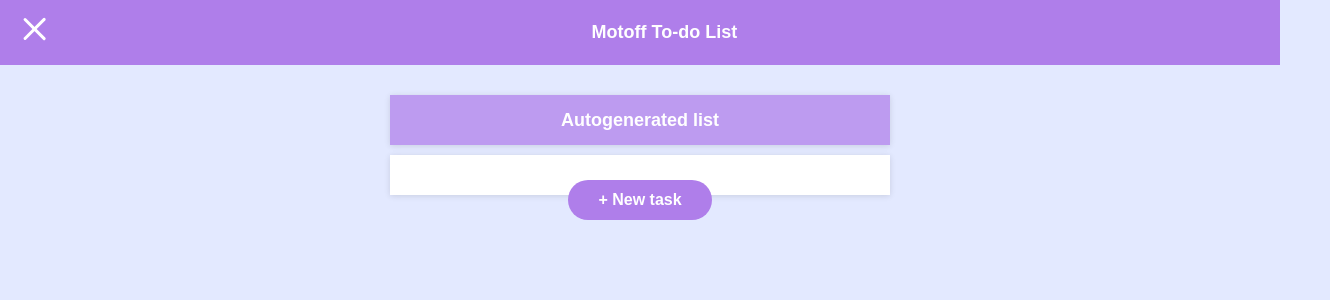
Repository: Amad-Mlinka/Todo-List-Vanilla-JS
Page: index.html
An editor plug-in stored every save of this project. The page is shown before and after the next save, followed by the edit.
The browser window is 1280 px wide. The page is 1280 px wide, then 1330 px, so the pictures cover 1330 px, including what lies to the right of the window. The pictures show the whole page.
Empty fields were first filled with sample values (such as "Sample", 5 or name@example.com).
After loading, the first visible `#hamburger` was clicked once.
The page's requests for data from a server got no answer.

Above is the page before, as saved 2021-09-16 16:36:16.

### index.html
<!DOCTYPE html>
<html lang="en">
  <head>
    <meta charset="UTF-8" />
    <meta http-equiv="X-UA-Compatible" content="IE=edge" />
    <meta name="viewport" content="width=device-width, initial-scale=1.0" />
    <title>ToDo list</title>
    <link rel="stylesheet" href="/styles/style.css" />
    <link rel="stylesheet" href="/styles/hamburger.css" />
    <link rel="stylesheet" href="/styles/header.css" />
    <script
      src="https://code.jquery.com/jquery-3.6.0.slim.min.js"
      integrity="sha256-u7e5khyithlIdTpu22PHhENmPcRdFiHRjhAuHcs05RI="
      crossorigin="anonymous"
    ></script>
    <script src="script.js"></script>
  </head>
  <body>
    <div class="headerContainer">
      <div class="header">
        <div class="hamburger" id="hamburger">
          <span></span>
          <span></span>
          <span></span>
        </div>
        <div class="titleContainer">
          <span class="title">Motoff To-do List</span>
        </div>
      </div>

      <div class="sidebar"></div>
    </div>
    <div class="container">
      <div class="listContainer">
        <div class="listItem" id="autogenerated">
          <div class="todoHeader">Autogenerated list</div>
          <div class="todoData">
            <div class="todoDatalist"></div>
            <div class="newTask">
              <input
                type="text"
                name="newTask"
                id="newTask"
                class="newTaskInput"
              />
            </div>
          </div>

          <div class="addBtnContainer">
            <div class="addTaskBtn">+ New task</div>
          </div>
        </div>
      </div>
    </div>
  </body>
</html>

### styles/style.css
* {
  padding: 0;
  margin: 0;
}

body {
  background-color: rgb(227, 233, 255);
}
.container {
  display: flex;
  flex-direction: column;
  width: 100%;
  margin: auto;
  position:absolute;
  left: 0;
  top: 65px;
}
.container.open{
  left: 50px;
}
.listContainer {
  width: 100%;
  display: flex;
  flex-direction: row;
  flex-wrap: wrap;
  justify-content: center;
}
.listItem {
  display: flex;
  flex-direction: column;
  width: 500px;
  margin: 30px;

}
.todoHeader {
  width: 100%;
  padding: 10px 0px;
  display: flex;
  justify-content: center;
  align-items: center;
  height: 30px;
  background: #af7eeab9;
  font-family: sans-serif;
  font-size: 18px;
  font-weight: bolder;
  color: white;
  margin-bottom: 10px;
  box-shadow: 0px 1px 6px 0px rgb(0 0 0 / 12%);
  -webkit-box-shadow: 0px 1px 6px 0px rgb(0 0 0 / 12%);
  -moz-box-shadow: 0px 1px 6px 0px rgb(0 0 0 / 12%);
}
.todoData {
  display: flex;
  flex-direction: column;
  background: #fff;
  padding: 20px;
  box-shadow: 0px 1px 6px 0px rgb(0 0 0 / 12%);
  -webkit-box-shadow: 0px 1px 6px 0px rgb(0 0 0 / 12%);
  -moz-box-shadow: 0px 1px 6px 0px rgb(0 0 0 / 12%);
}
.todoItem {
  display: flex;
  width: 100%;
  justify-content: space-between;
  margin: 10px 0;
}
.checkDescription {
  width: 90%;
  max-width: 90%;
  display: flex;
  align-items: center;
}
.todoCheck {
  margin-right: 20px;
}

.deleteIcon {
  width: 13px;
  color: #b7bac9;
}
.checkCircle {
  width: 9px;
  height: 9px;
  background-color: white;
  border-radius: 50%;
  vertical-align: middle;
  border: 2px solid #b7bac9;
  appearance: none;
  -webkit-appearance: none;
  outline: none;
  cursor: pointer;
}
.checkCircle:checked {
  background-color: #af7eeab9;
}
.todoDescription {
  font-family: sans-serif;
  font-size: 16px;
  font-weight: bolder;
  color: #b7bac9;
  overflow-wrap: anywhere;
  width: 100%;
  border: 0;
}
::placeholder{
  color: #b7bac9;
}

.descriptionMarked{
  text-decoration: line-through;
}

.todoDelete{
  position: relative;
}

.addBtnContainer {
  margin: -15px auto 0px auto;
  height: 30px;
  padding: 5px 30px;
  border-radius: 20px;
  background: #af7eea;
  font-family: sans-serif;
  font-weight: bolder;
  color: #fff;
  display: flex;
  align-items: center;
  cursor: pointer;
  transition: all 0.3s ease-in-out;
}
.addBtnContainer:hover {
  transform: scale(1.1);
  transition: all 0.3s ease-in-out;
}

.newTask{
  width: 80%;
  padding: 0px;
  height: 0px;
  overflow: hidden;
  display: flex;
  justify-content:center;
  margin: auto;
  transition: all 0.3s ease-in-out;

}

.newTask.open{
  width: 80%;
  padding: 10px;
  height: 50px;
  display: flex;
  justify-content:center;
  margin: auto;
  transition: all 0.3s ease-in-out;

}

.newTaskInput{
 height: 30px;
 width: 100%;
 border-radius: 5px;
 border: 1px solid #d7dae4;
 background-color:#f9f9f7;
 padding:  0px 10px;

}
.newTaskInput:focus{
  border: 1px solid #d7dae4;
  background-color:#f9f9f7;
  outline: none !important;
  transform: scale(1.1);
}

.deleteWarning{
  position: absolute;
  width: 100px;
  display: none;
  left: -30px;
  background-color: #fff;
  z-index: 999;
  border-radius: 10px;
  border: 1px solid #d7dae4;
  padding: 5px 10px;
  text-align: center;
  color: #b7bac9;
}
.warningOpen{
  display: block;
}
.deleteWarningDecision{
  display: flex;
  justify-content: space-around;
}
.decision{
  text-decoration: underline;
  cursor: pointer;
}

### styles/hamburger.css

  .hamburger {
    width: 30px;
    height: 25px;
    position: relative;
    -webkit-transform: rotate(0deg);
    -moz-transform: rotate(0deg);
    -o-transform: rotate(0deg);
    transform: rotate(0deg);
    -webkit-transition: 0.5s ease-in-out;
    -moz-transition: 0.5s ease-in-out;
    -o-transition: 0.5s ease-in-out;
    transition: 0.5s ease-in-out;
    cursor: pointer;
    margin: 10px;
  }

  .hamburger span {
    position: absolute;
    height: 3px;
    width: 30px;
    background: white;
    border-radius: 10px;
    opacity: 1;
    left: 0;
    -webkit-transform: rotate(0deg);
    -moz-transform: rotate(0deg);
    -o-transform: rotate(0deg);
    transform: rotate(0deg);
    -webkit-transition: 0.25s ease-in-out;
    -moz-transition: 0.25s ease-in-out;
    -o-transition: 0.25s ease-in-out;
    transition: 0.25s ease-in-out;
  }


  .hamburger span:nth-child(1) {
  top: 0px;
  -webkit-transform-origin: left center;
  -moz-transform-origin: left center;
  -o-transform-origin: left center;
  transform-origin: left center;
  }

  .hamburger span:nth-child(2) {
  top: 8px;
  -webkit-transform-origin: left center;
  -moz-transform-origin: left center;
  -o-transform-origin: left center;
  transform-origin: left center;
  }

  .hamburger span:nth-child(3) {
  top: 16px;
  -webkit-transform-origin: left center;
  -moz-transform-origin: left center;
  -o-transform-origin: left center;
  transform-origin: left center;
  }

  .hamburger.open span:nth-child(1) {
  -webkit-transform: rotate(45deg);
  -moz-transform: rotate(45deg);
  -o-transform: rotate(45deg);
  transform: rotate(45deg);
  top: -3px;
  left: 4px;
  }

  .hamburger.open span:nth-child(2) {
  width: 0%;
  opacity: 0;
  }

  .hamburger.open span:nth-child(3) {
  -webkit-transform: rotate(-45deg);
  -moz-transform: rotate(-45deg);
  -o-transform: rotate(-45deg);
  transform: rotate(-45deg);
  top: 18px;
  left: 4px;
  }

### styles/header.css
.header{
    display: flex;
    flex-direction: row;
    justify-content:space-between;
    background-color:#af7eea;
    padding: 10px;
}
.titleContainer{
    width: 100%;
    display: flex;
}
.title{
    color: white;
    margin: auto;
    font-family: sans-serif;
    font-size:18px;
    font-weight: bolder;
}

### script.js
var todoList = {/*Object with methods for adding,removing and toggling todos */
    todos: [],
    addTodo: function ({ userId, id, title, completed }) {
        this.todos.push({
            userId: userId,
            id: id,
            title: title,
            completed: completed,
        });
    },
    deleteTodo: function (position) {
        this.todos.splice(position, 1);
    },
    editTodo: function (position, text) {
        var todo = this.todos[position];
        todo.title = text;
    },
    toggleCompleted: function (position) {
        var todo = this.todos[position];
        todo.completed = !todo.completed;
    },
};
const getTodos = async () => {/* Function for populating the todo list with generated results and adding them to local storage */
    var res = await fetch("https://jsonplaceholder.typicode.com/todos");
    var todosFull = await res.json();
    var todos = todosFull.slice(0, 20);
    todos.each((todo) => todoList.addTodo(todo))
    localStorage.setItem('todoList', JSON.stringify(todoList.todos));
    console.log("Todos loaded")
    return todos;
}

const updateLocalStorage = () => {/*Function for adding and removing items from local storage */
    localStorage.setItem("todoList", JSON.stringify(todoList.todos))
    console.log(todoList.todos)
}

const renderTodoItem = (todo, i) => {/*Function for populating the view with todos and assigning event listeners */
    var list = $(".todoDatalist")
    var todoItem = $(`<div></div>`).addClass("todoItem").attr("id", i);
    var checkDescription = $("<div></div>").addClass("checkDescription")
    var todoCheck = $("<div></div>").addClass("todoCheck");
    var input = $("<input></input>").addClass("checkCircle").attr("type", "checkbox").attr("id", i)
    todo.completed ? input.attr("checked", "") : null;
    var todoDescription = $("<input></input>").addClass("todoDescription").attr("placeholder", todo.title)

    todoCheck.append(input)
    checkDescription.append(todoCheck).append(todoDescription)

    var todoDelete = $("<div></div>").addClass("todoDelete").attr("id", i)
    var deleteIcon = $("<img></img>").addClass("deleteIcon").attr("src", "/public/images/trash.png")
    var deleteWarning = $("<div></div>").addClass("deleteWarning").text("Are you sure?")
    var decision = $("<div></div>").addClass("deleteWarningDecision")
    var yes = $("<span></span>").addClass("decision").addClass("decisionYes").text("Yes");
    var no = $("<span></span>").addClass("decision").addClass("decisionNo").text("No");

    decision.append(yes).append(no)
    deleteWarning.append(decision)
    todoDelete.append(deleteIcon).append(deleteWarning)

    input.change(function () {
        todoList.toggleCompleted($(this).attr("id"))
    })

    todoDescription.change(function () {
        editTodo($(this).parent().parent().attr("id"), $(this).val())
    })

    todoDelete.click(function () {
        $(".todoItem").each(function () {
            if ($(this).find(".deleteWarning")) {
                $(this).find(".deleteWarning").hide()
            }
        })
        $(this).parent().find(".todoDescription").addClass("descriptionMarked")
        $(this).find(".deleteWarning").show();

        setInterval(() => {
            $(this).find(".deleteWarning").hide()
            $(this).parent().find(".todoDescription").removeClass("descriptionMarked")
        }, 3000)


        $(this).find(".decisionYes").click(() => {
            deleteTodo($(this).attr("id"))
        })

        $(this).find(".decisionNo").click(() => {
            console.log($(this))
            $(this).find(".deleteWarning").hide()
        })

    })

    todoItem.append(checkDescription).append(todoDelete)
    list.append(todoItem)
}

const addTodo = (todo, i, makeNew) => {/*Function that adds todos to the list and storage */
    renderTodoItem(todo, i)
    if (makeNew) {
        todoList.addTodo(todo)
        updateLocalStorage()
    }
}

const deleteTodo = (i) => {/*Function that removes todos to the list and storage */
    todoList.deleteTodo(i)
    updateLocalStorage()
    $("#" + i).remove();
}

const editTodo = (i, text) => {
    todoList.editTodo(i, text)
    updateLocalStorage()
}

$(async () => {

    const hamburger = $("#hamburger")
    hamburger.click(function () {
        $(this).hasClass("open") ? $(this).removeClass("open") : $(this).addClass("open")
    })
    console.log("Hamburger loaded");

    if (JSON.parse(localStorage.getItem("todoList")) == null) {
        var todos = await getTodos();
    } else {
        var todos = JSON.parse(localStorage.getItem("todoList"))
    }

    todos.forEach(todo => todoList.addTodo(todo))
    console.log(todoList)


    todoList.todos.forEach((todo, i) => {
        addTodo(todo, i)
    })

    $(".addBtnContainer").click(function () {
        if (!$(".newTask").hasClass("open")) {
            $(".newTask").addClass("open");
            $(".addTaskBtn").html(" + Add task");
        } else {
            if ($(".newTaskInput").val() != "") {
                console.log($(".newTaskInput").val())
                var todo = {
                    userId: Math.random(),
                    id: Math.random(),
                    title: $(".newTaskInput").val(),
                    completed: false
                }

                addTodo(todo, todoList.todos.length, true)
                $(".newTaskInput").val("")


            }
        }

    })
    $(".newTaskInput").keypress((e) => {
        if (e.which == 13) {
            var todo = {
                userId: Math.random(),
                id: Math.random(),
                title: $(".newTaskInput").val(),
                completed: false
            }

            addTodo(todo, todoList.todos.length, true)
            $(".newTaskInput").val("")
        }
    })



})

After the next save:
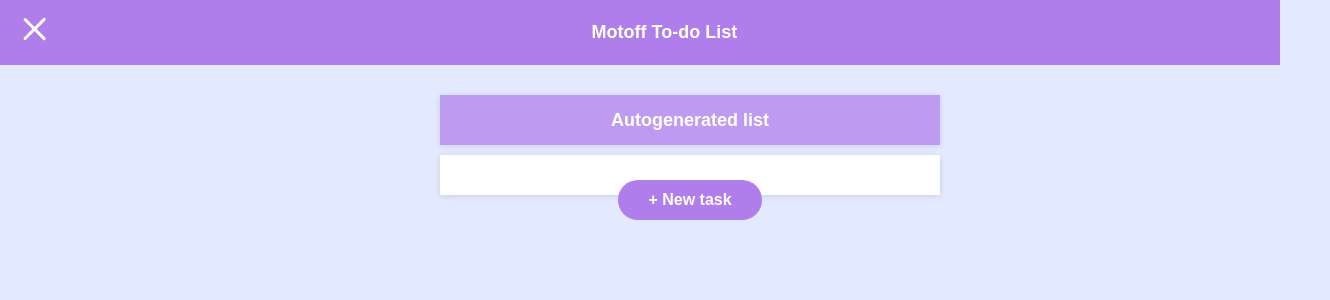
Saved 21 s later.
--- a/script.js
+++ b/script.js
@@ -120,6 +120,7 @@ $(async () => {
     const hamburger = $("#hamburger")
     hamburger.click(function () {
         $(this).hasClass("open") ? $(this).removeClass("open") : $(this).addClass("open")
+        $(".container").addClass("open")
     })
     console.log("Hamburger loaded");
 
